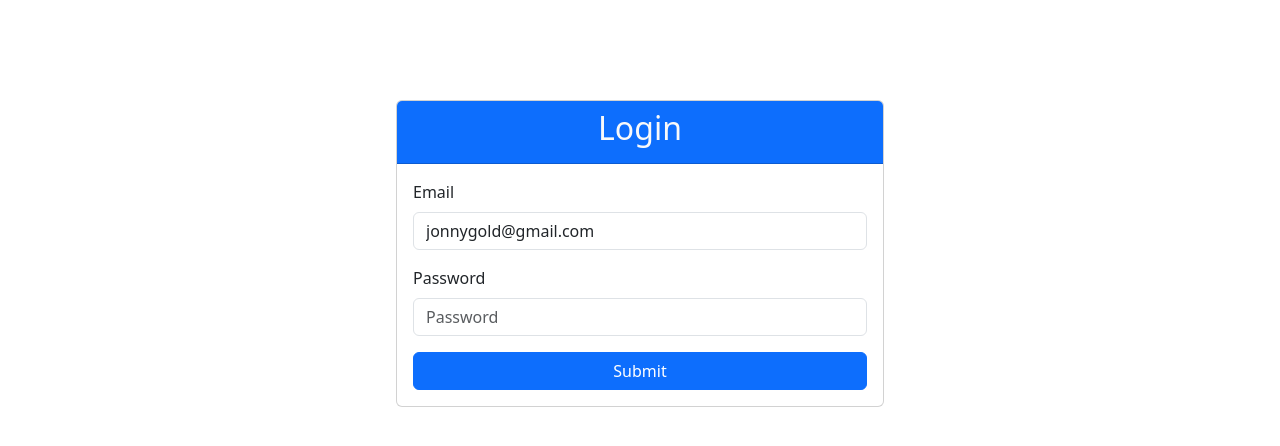
Repository: trider/react-task-app
Page: /
The author's editor kept a copy of each file at every save. The page is drawn from the files as they stood at one save, then again after the next save.
The browser window is 1280 px wide. The pictures show the whole page.
The project was rebuilt for these pictures with package versions that can differ from the ones it lists, and the page was loaded fresh each time.

Above is the page before, as saved 2024-05-02 16:39:31.

### src/App.js

import 'bootstrap/dist/css/bootstrap.min.css';
import LoginForm from "./pages/Login";



let App = () => {
  return (
    <div>

      <LoginForm />


    </div>


  );
}


export default App;

### src/pages/Login.js

import Button from 'react-bootstrap/Button';
import Container from 'react-bootstrap/Container';
import Form from 'react-bootstrap/Form';
import Card from 'react-bootstrap/Card';
import { useState } from 'react';
// import Users from '../data/Users/Users.js';

const FormBody = () => {

  const [email, setEmail] = useState("jonnygold@gmail.com");
  const [password, setPassword] = useState("1234");

  return (
    <div>
      <Form onSubmit={(e) => {
        alert('Email: ' + email);
      }}>
        <Form.Group className="mb-3" controlId="formBasicEmail">
          <Form.Label>Email</Form.Label>
          <Form.Control
          type="email"
          placeholder="Enter email"
          value={email}
          onChange={(e) => setEmail(e.target.value)}

          />
        </Form.Group>

        <Form.Group className="mb-3" controlId="formBasicPassword">
          <Form.Label>Password</Form.Label>
          <Form.Control type="password" placeholder="Password" />
        </Form.Group>
        <div className="d-grid gap-2">
          <Button variant="primary" type="submit" >Submit</Button>
        </div>
      </Form>
    </div>
  );

}



const LoginForm = () => {
  return (
    <div>
      <Container fluid className='container-lg' style={{ marginTop: '100px', width: '40%' }}>
        <Card className='card-sm'>
          <Card.Header className='bg-primary text-light text-center' >
            <h2>Login</h2>
          </Card.Header>
          <Card.Body>
            <FormBody />

          </Card.Body>
        </Card>

      </Container>
    </div>





  );
}

export default LoginForm;

Loaded but not shown: public/index.html (common file); src/index.js (common file); src/index.css (common file); src/reportWebVitals.js (common file)

After the next save:
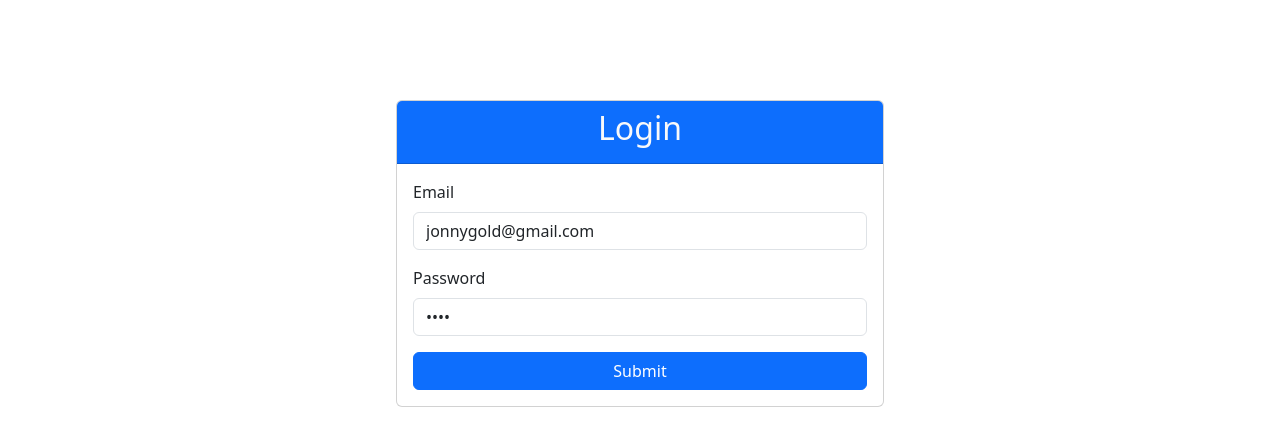
Saved 44 s later.
--- a/src/pages/Login.js
+++ b/src/pages/Login.js
@@ -29,7 +29,14 @@ const FormBody = () => {
 
         <Form.Group className="mb-3" controlId="formBasicPassword">
           <Form.Label>Password</Form.Label>
-          <Form.Control type="password" placeholder="Password" />
+          <Form.Control
+          type="password"
+          placeholder="Password"
+          value={password}
+          onChange={(e) => setPassword(e.target.value)}
+
+
+          />
         </Form.Group>
         <div className="d-grid gap-2">
           <Button variant="primary" type="submit" >Submit</Button>
